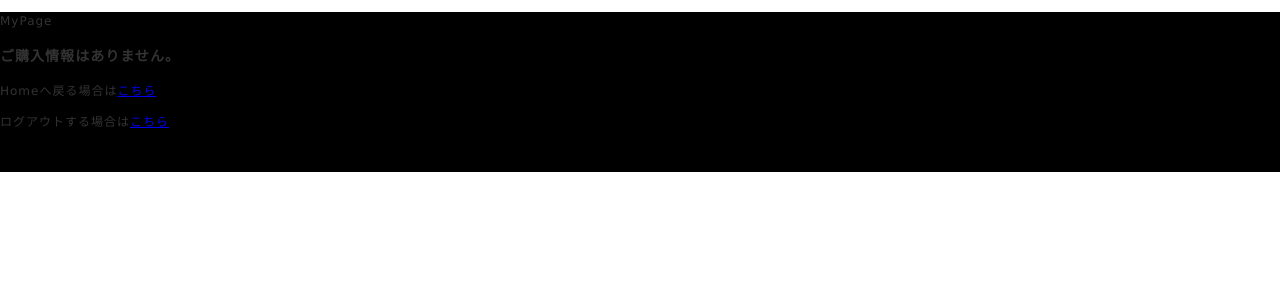
Repository: Sato718/backup
Page: http://localhost/ecsite/myPage.jsp
These files come from the project's save history. The page is drawn as it stood at one moment and after the next save; the edit follows.
The browser window is 1280 px wide. The pictures show the whole page.
The page is served by Tomcat 9.

Above is the page before, as saved 2017-12-26 02:33:51.

After the next save:
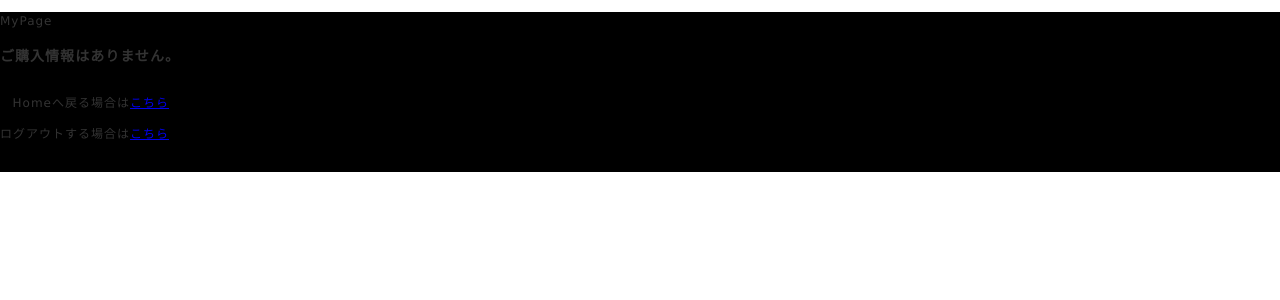
Saved 10 s later.
--- a/ecsite/WebContent/myPage.jsp
+++ b/ecsite/WebContent/myPage.jsp
@@ -58,7 +58,7 @@
 			clear:both;
 		}
 
-		#text-roght {
+		#text-right {
 			display: inline-block;
 			text-align: right;
 		}
